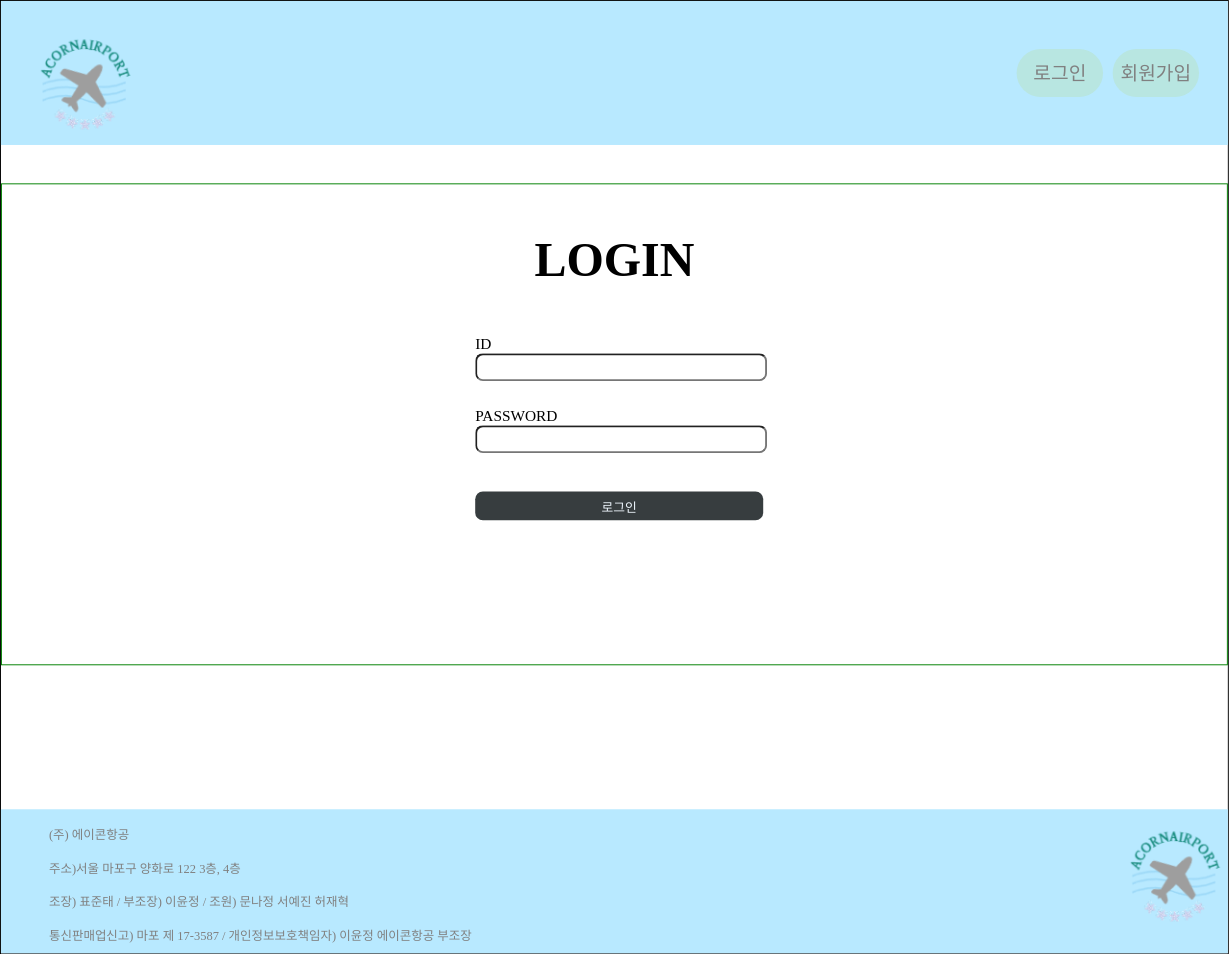
Repository: juntae710/Acorn_AirlineReservation_Project
Page: http://localhost/prj3_1/WEB-INF/views/h_login.jsp
These files come from the project's save history. The page is drawn as it stood at one moment and after the next save; the edit follows.
The browser window is 1280 px wide. The pictures show the whole page, at 96% of full size.
The page is served by Tomcat 9. Nobody is signed in. Other server files are loaded and not shown. The template is opened directly, without the code that normally fills it, so the values that code supplies are empty.

Above is the page before, as saved 2023-09-20 03:30:01.

### Eclipse/prj3_1/src/main/webapp/WEB-INF/views/h_login.jsp
<%@ page language="java" contentType="text/html; charset=UTF-8"
	pageEncoding="UTF-8"%>
<!DOCTYPE html>
<html>
<link href="./css/HF.css" rel="stylesheet" type="text/css">
</head>
<link href="./css/Login.css" rel="stylesheet" type="text/css">
</head>

</head>

<body>

	<main>
		<header>
			<div class="headerimg">
				<img alt="이미지"
					src="<%=request.getContextPath()%>/img/acornairport.png">
			</div>

			<%
			String id = (String) session.getAttribute("id");
			%>

			<div class="headerAtag">
				<%
				if (id == null) {
				%>
				<div class="a_box">
					<a href="<%=request.getContextPath()%>/h_login">로그인</a>
				</div>
				<%

				%>
				<div class="a_box">
					<a href="<%=request.getContextPath()%>/l_join">회원가입</a>
				</div>
				<%
				} else {
				%>
				<p>
					아이디:
					<%=id%>님
				</p>
				<div class="a_box">
					<a href="<%=request.getContextPath()%>/h_logOut">로그아웃</a>
				</div>
				<div class="a_box">
					<a href="<%=request.getContextPath()%>/smain">마이페이지</a>
				</div>

				<%
				}
				%>
			</div>

		</header>

		<section>
			<div class="loginBox">
				<div class="loginHead">LOGIN</div>

				<form action="<%=request.getContextPath()%>/h_login" method="post">
					<div class="inputBox">
						<div class="inputName">
							ID <br> <input type="text" name="id">
						</div>
						<br>
						<div class="inputName">
							PASSWORD <br> <input type="password" name="pw"> <br>
						</div>
						<div class="inputName">
							<button>로그인</button>
						</div>
				</form>
			</div>



			<%
			String failMessage = (String) request.getAttribute("failMessage");
			%>
			<%
			if (failMessage != null) {
			%>
			<script>
            alert("<%=failMessage%>
				");
			</script>
			<%
			}
			%>
		</section>



		<footer>
			<div class="footer_info">
				<br>(주) 에이콘항공 <br> <br> 주소)서울 마포구 양화로 122 3층, 4층 <br>
				<br> 조장) 표준태 / 부조장) 이윤정 / 조원) 문나정 서예진 허재혁 <br> <br>
				통신판매업신고) 마포 제 17-3587 / 개인정보보호책임자) 이윤정 에이콘항공 부조장
			</div>
			<div class="footer_img">
				<img alt="이미지"
					src="<%=request.getContextPath()%>/img/acornairport.png">
			</div>
		</footer>
	</main>


</body>
</html>

### Eclipse/prj3_1/src/main/webapp/css/HF.css
@charset "UTF-8";

* {
	margin: 0;
}

main {
	border: 1px solid black;
}

header {
	background-color: #B8E9FF;
	height: 150px;
	display: flex;
	position: relative;
}

.headerimg {
	width: 200px;
	height: 70px;
	position: absolute;
	left: 30px;
	top: 30px;
}

.headerAtag {
	display: flex;
	width: 200px;
	height: 50px;
	position: absolute;
	right: 30px;
	top: 30px;
	text-align: center;
}

section {
	border: 1px solid green;
	height: 500px;
	margin-top: 40px;
}

footer {
	height: 150px;
	margin-top: 150px;
	margin-bottom: 0px;
	display: flex;
	background-color: #B8E9FF ;
}
a{
	color: gray;
	text-decoration: none;
	}


.a_box{
		margin-top: 20px;
		border-radius: 40px;
		background-color: #B8E6E1;
		width: 100px;
		height: 50px;
		line-height: 50px;
		margin-left: 10px;
		font-size: 20px;
		}

.footer_info {
	margin-left: 50px;
	width: 1000px;
	font-size: 13px;
	color: gray;
}

.footer_img {
	width: 200px;
	height: 100px;
	margin-left: 600px;
	margin-top: 13px;
}

### Eclipse/prj3_1/src/main/webapp/css/Login.css
@charset "UTF-8";

* {
	margin: 0;
	padding: 0;
}

.loginBox {
	width: 500px;
	height: 400px;
	margin: 0 auto;
	margin-top: 50px;
	border-radius: 30px
}

form {
	width: 300px;
	margin: 0 auto;
	margin-top: 30px;
}

.loginHead {
	font-size: 50px;
	font-weight: bolder;
	text-align: center;
	border-radius: 30px
}

.inputBox {
	margin-top: 50px;
}

.inputName {
	margin-left: 5px;
	margin-top: 10px;
}

input {
	height: 25px;
	width: 300px;
	border-radius: 8px;
}

button {
	width: 300px;
	height: 30px;
	background-color: rgb(55, 61, 63);
	margin-top: 30px;
	color: aliceblue;
	border-radius: 8px;
	border: none;
}

button:active {
	background-color: rgb(152, 153, 153);
}

After the next save:
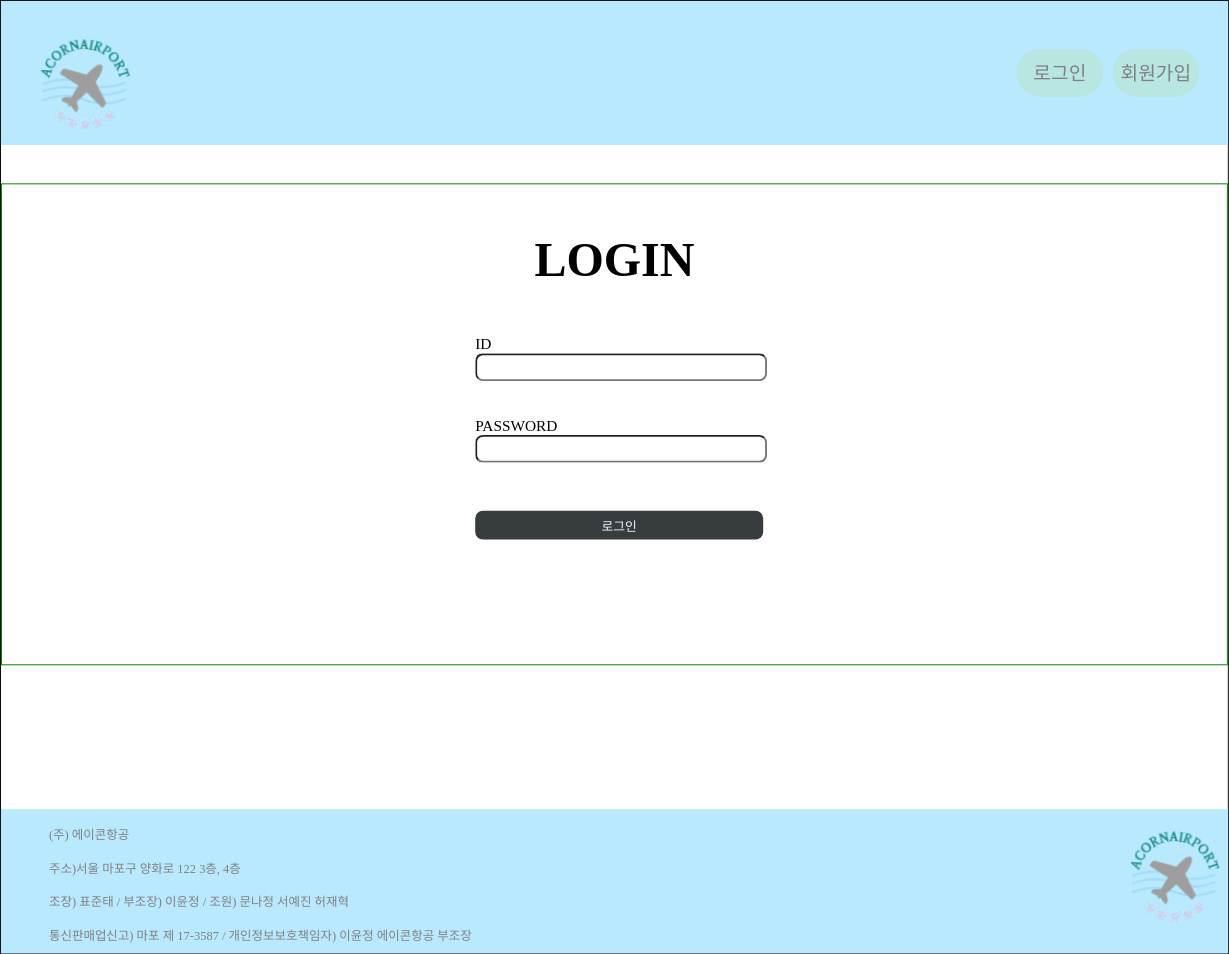
Saved 6 s later.
--- a/Eclipse/prj3_1/src/main/webapp/css/Login.css
+++ b/Eclipse/prj3_1/src/main/webapp/css/Login.css
@@ -32,7 +32,7 @@ form {
 
 .inputName {
 	margin-left: 5px;
-	margin-top: 10px;
+	margin-top: 20px;
 }
 
 input {
